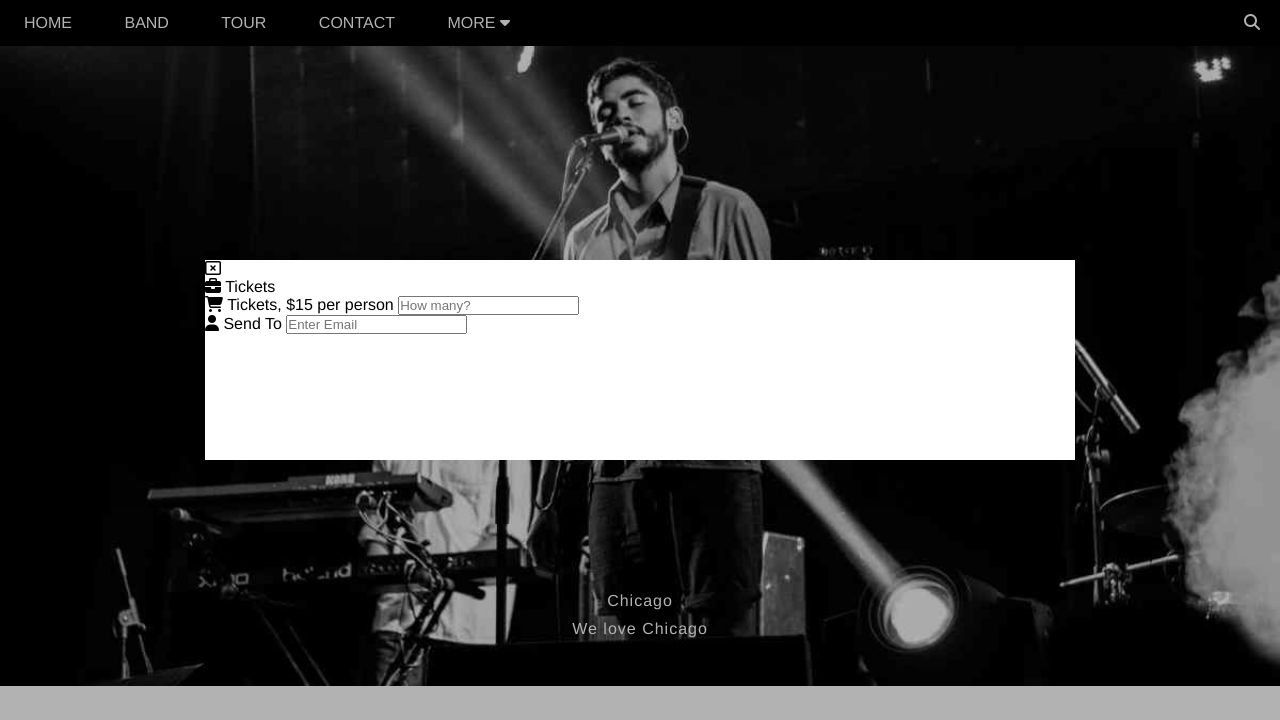
Repository: NguyenMinhChau/Theband
Page: index.html
The author's editor kept a copy of each file at every save. The page is drawn from the files as they stood at one save, then again after the next save.
The browser window is 1280 px wide. The pictures show the window.
A layer covers the whole window, so only the first screen is drawn. Some web libraries are served in a nearby version.

Above is the page before, as saved 2021-10-23 12:50:08.

### index.html
<!DOCTYPE html>
<html lang="en">
<head>
    <meta charset="UTF-8">
    <meta http-equiv="X-UA-Compatible" content="IE=edge">
    <meta name="viewport" content="width=device-width, initial-scale=1.0">
    <title>THE BAND</title>
    <link rel="icon" href="https://www.w3schools.com/w3css/img_la.jpg"/>
    <script src="https://kit.fontawesome.com/a7b0f58175.js" crossorigin="anonymous"></script>
    <link rel="stylesheet" href="./assets/css/style.css">
</head>
<body>
    <div id="main">
        <div id="header">
            <!-- Begin Navigation -->
            <ul id="nav">
                <li><a href="#">Home</a></li>
                <li><a href="#">Band</a></li>
                <li><a href="#">Tour</a></li>
                <li><a href="#">Contact</a></li>
                <li><a href="#">More <i class="fas fa-caret-down"></i></a>
                    <ul class="subnav">
                        <li><a href="#">Merchandise</a></li>
                        <li><a href="#">Extras</a></li>
                        <li><a href="#">Media</a></li>
                    </ul>
                </li>
            </ul>
            <!-- End Navigation -->

            <!-- Begin Search -->
            <div class="icon-search">
                <a href="#"><i class="header-icon-search fas fa-search"></i></a>
            </div>
            <!-- End Search -->
        </div>

        <div id="slider">
            <div class="description">
                <h4>Chicago</h4>
                <p>We love Chicago</p>
            </div>
        </div>

        <div id="content">
            <!-- section: dành cho những phần dùng chung -->
            <!-- ABOUT SECTION -->
            <div class="content-section">
                <h2 class="section-heading">The Band</h2>
                <p class="section-subheading">We love music</p>
                <p class="about-text">We have created a fictional band website. Lorem ipsum dolor sit amet, consectetur adipiscing elit, sed do eiusmod tempor incididunt ut labore et dolore magna aliqua. Ut enim ad minim veniam, quis nostrud exercitation ullamco laboris nisi ut aliquip ex ea commodo consequat. Duis aute irure dolor in reprehenderit in voluptate velit esse cillum dolore eu fugiat nulla pariatur. Excepteur sint occaecat cupidatat non proident, sunt in culpa qui officia deserunt mollit anim id est laborum consectetur adipiscing elit, sed do eiusmod tempor incididunt ut labore et dolore magna aliqua. Ut enim ad minim veniam, quis nostrud exercitation ullamco laboris nisi ut aliquip ex ea commodo consequat.</p>
                <div class="members-list">
                    <div class="member-item">
                        <p class="member-name">Name</p>
                        <img src="./assets/img/about_member01.jpg" alt="" class="member-avata">
                    </div>
                    <div class="member-item">
                        <p class="member-name">Name</p>
                        <img src="./assets/img/about_member01.jpg" alt="" class="member-avata">
                    </div>
                    <div class="member-item">
                        <p class="member-name">Name</p>
                        <img src="./assets/img/about_member01.jpg" alt="" class="member-avata">
                    </div>
                    <div class="clear"></div>
                </div>
            </div>

            <!-- TOUR SECTION -->
            <div class="tour-section">
                <div class="content-section">
                    <h2 class="section-heading text-white">Tours Dates</h2>
                    <p class="section-subheading text-white">Remember to book your tickets!</p>
                    <ul class="tickets-list">
                        <li>September <span class="sold-out">Sold out</span></li>
                        <li>October <span class="sold-out">Sold out</span></li>
                        <li>November <span class="quantity">3</span></li>
                    </ul>
                    <div class="places-list">
                        <div class="place-item">
                            <img src="./assets/img/tour_place01.jpg" alt="New York" class="place-img">
                            <div class="place-body">
                                <h3 class="place-heading">New York</h3>
                                <p class="place-time">Fri 27 Nov 2016</p>
                                <p class="plave-desc">Praesent tincidunt sed tellus ut rutrum sed vitae justo.</p>
                                <a href="#" class="place-buy-btn">Buy Tickets</a>
                            </div>
                        </div>
                        <div class="place-item">
                            <img src="./assets/img/tour_place_02.jpg" alt="New York" class="place-img">
                            <div class="place-body">
                                <h3 class="place-heading">Paris</h3>
                                <p class="place-time">Sat 28 Nov 2016</p>
                                <p class="plave-desc">Praesent tincidunt sed tellus ut rutrum sed vitae justo.</p>
                                <a href="#" class="place-buy-btn">Buy Tickets</a>
                            </div>
                        </div>
                        <div class="place-item">
                            <img src="./assets/img/tour_place_03.jpg" alt="New York" class="place-img">
                            <div class="place-body">
                                <h3 class="place-heading">San Francisco</h3>
                                <p class="place-time">Sun 29 Nov 2016</p>
                                <p class="plave-desc">Praesent tincidunt sed tellus ut rutrum sed vitae justo.</p>
                                <a href="#" class="place-buy-btn">Buy Tickets</a>
                            </div>
                        </div>
                        <div class="clear"></div>
                    </div>
                </div>
            </div>

            <!-- CONTACT SECTION -->
            <div class="content-section">
                <h2 class="section-heading">Contact</h2>
                <p class="section-subheading">Fan? Drop a note!</p>
            </div>
        </div>

        <div id="footer">

        </div>
    </div>
    <!-- BEGIN MODEL -->
    <div class="modal">
        <div class="modal-container">
            <div class="modal-close">
                <i class="far fa-window-close"></i>
            </div>

            <header class="modal-header">
                <i class="fas fa-briefcase"></i> Tickets
            </header>

            <div class="modal-body">
                <div class="form-group">
                    <label for="" class="modal-label">
                        <i class="fas fa-shopping-cart"></i>
                        Tickets, $15 per person
                    </label>
                    <input type="text" class="modal-input" placeholder="How many?">
                </div>
                <div class="form-group">
                    <label for="" class="modal-label">
                        <i class="fas fa-user"></i>
                        Send To
                    </label>
                    <input type="email" class="modal-input" placeholder="Enter Email">
                </div>
            </div>
        </div>
    </div>
    <!-- END MODAL -->
    <script src="assets/js/main.js"></script>
</body>
</html>

### assets/css/style.css
:root{
    --header-height: 46px;
}
*{
    box-sizing: border-box;
    margin: 0;
    padding: 0;
}

html{
    font-family: Helvetica, Arial, sans-serif;
}

.clear{
    clear: both;
}

.text-white{
    color: #fff !important;
}

/* BEGIN CSS HEADER */
#header{
    height: var(--header-height);
    background-color: #000;
    position: fixed;
    top: 0;
    left: 0;
    right: 0;
}

#nav{
    display: inline-block;
}

#nav,
#subnav{
    list-style-type: none;
}

#nav li{
    display: inline-block;
    position: relative;
}

#nav > li > a{
    color: #fff;
    text-transform: uppercase;
}

#nav li a {
    text-decoration: none;
    line-height: var(--header-height);
    padding: 0 24px;

    display: block;
}

#nav > li:hover > a,
#nav .subnav li:hover a {
    color: #000;
    background-color: #ccc;
}

#nav > li:hover .subnav{
    display: block;
}

#nav .subnav{
    display: none;
    position: absolute;
    background-color: #fff;
    box-shadow: 0 0 10px rgba(0,0,0,0.3);
    color: #000;
    top: 100%;
    left: 0;
}

#nav .subnav li a{
    color: #000;
    padding: 0 12px;
    line-height: 38px;
    min-width: 160px;
}

#nav .subnav li{
    display: block;
}

#header .icon-search{
    /* position: absolute;
    top: 0;
    right: 0; */
    float: right;
    line-height: var(--header-height);
    padding: 0 20px;
}

#header .icon-search a{
    text-decoration: none;
}

#header .icon-search:hover{
    background-color: rgb(255, 39, 39);
    cursor: pointer;
}

#header .icon-search .header-icon-search{
    color: #fff;
}
/* END CSS HEADER */


/* BEGIN CSS SLIDER */
#slider{
    position: relative;
    margin-top: var(--header-height);
    /* Kỹ thuật tạo ảnh không bị méo khi thay đổi kích thước */
    padding-top: 50%; /* % là theo chiều ngang của chính nó*/

    /* Khi dùng padding như trên -> ta dùng bg-image để tạo ảnh vì có thể đổ ảnh từ padding */
    background: url('../img/slider_band_chicago.jpg') no-repeat center / cover;
    z-index: -1;
}

#slider .description{
    position: absolute;
    bottom: 0;
    left: 50%;
    transform: translateX(-50%);

    color: #fff;
    text-align: center;
    margin-bottom: 48px;
    letter-spacing: 1px;
}

#slider .description h4,
#slider .description p{
    text-shadow: 0 0 10 rgba(0,0,0,0.5);
}

#slider .description h4{
    font-weight: 540;
    padding: 10px 0;
}
/* END CSS SLIDER */

/* BEGIN CSS CONTENT */
/* CSS ABOUT */
#content .content-section{
    width: 800px;
    margin: auto;
    padding: 64px 0;
}

#content .section-heading,
#content .section-subheading{
    text-align: center;
}

#content .section-heading{
    font-size: 30px;
    font-weight: 500;
    text-transform: uppercase;
    letter-spacing: 4px;
}

#content .section-subheading{
    font-size: 15px;
    font-style: italic;
    margin: 25px 0;
    opacity: 0.7;
}

#content .about-text{
    text-align: justify;
    font-size: 15px;
    line-height: 1.4;
}

#content .members-list{
    margin-top: 48px;
}

#content .member-item{
    float: left;
    text-align: center;
    width: calc(100% / 3);
}

#content .member-name{
    font-size: 15px;
}

#content .member-avata{
    margin-top: 15px;
    width: 154px;
    border-radius: 5px;
}

/* CSS TOUR */
#content .tour-section{
    background-color: #000;
}

#content .tickets-list{
    background-color: #fff;
    margin: 40px 0;
    list-style: none;
}

#content .tickets-list li{
    font-size: 15px;
    padding: 12px 16px;
    border-bottom: 1px solid #ddd;
    color: #757575;
}

#content .tickets-list .sold-out{
    background-color: #f44336;
    color: #fff;
    padding: 3px 4px;
    margin-left: 16px;
}

#content .tickets-list .quantity{
    float: right;
    background-color: #000;
    border-radius: 50%;
    width: 24px;
    height: 24px;
    color: #fff;
    text-align: center;
    line-height: 24px;
    margin-top: -3px;
}

#content .tour-section .places-list{
    margin: 0 -8px 48px;
}

#content .place-item{
    float: left;
    width: calc(100% / 3);
    padding: 0 8px;
}

#content .place-img{
    width: 100%;
    display: block;
}

#content .place-img:hover{
    opacity: 0.7;
}

#content .place-body{
    background-color: #fff;
    padding: 16px;
    font-size: 15px;
}

#content .place-heading{
    font-weight: 550;
}

#content .place-time{
    margin: 15px 0;
    color: #757575;
}

#content .plave-desc{
    line-height: 1.4;
}

#content .place-buy-btn{
    text-decoration: none;
    background-color: #000;
    color: #fff;
    padding: 11px 16px;
    /* Khắc phục tình trạng button che thẻ description */
    display: inline-block;
    margin-top: 15px;
}

#content .place-buy-btn:hover{
    background-color: #ccc;
    color: #000;
}
/* END CSS CONTENT */


#footer{

}

/* BEGIN CSS MODAL */
.modal{
    position: fixed;
    top: 0;
    bottom: 0;
    right: 0;
    left: 0;
    background: rgba(0,0,0,0.3);
    display: flex;
    align-items: center;
    justify-content: center;
}

.modal-container{
    background-color: #fff;
    width: calc(900px - 30px);
    min-height: 200px;
}

.modal-close{

}

.modal-header{

}

.modal-body{

}

.modal-label{

}

.modal-input{

}
/* END CSS MODAL */

Loaded but not shown: assets/js/main.js (no stored copy; drawn as an empty file)

After the next save:
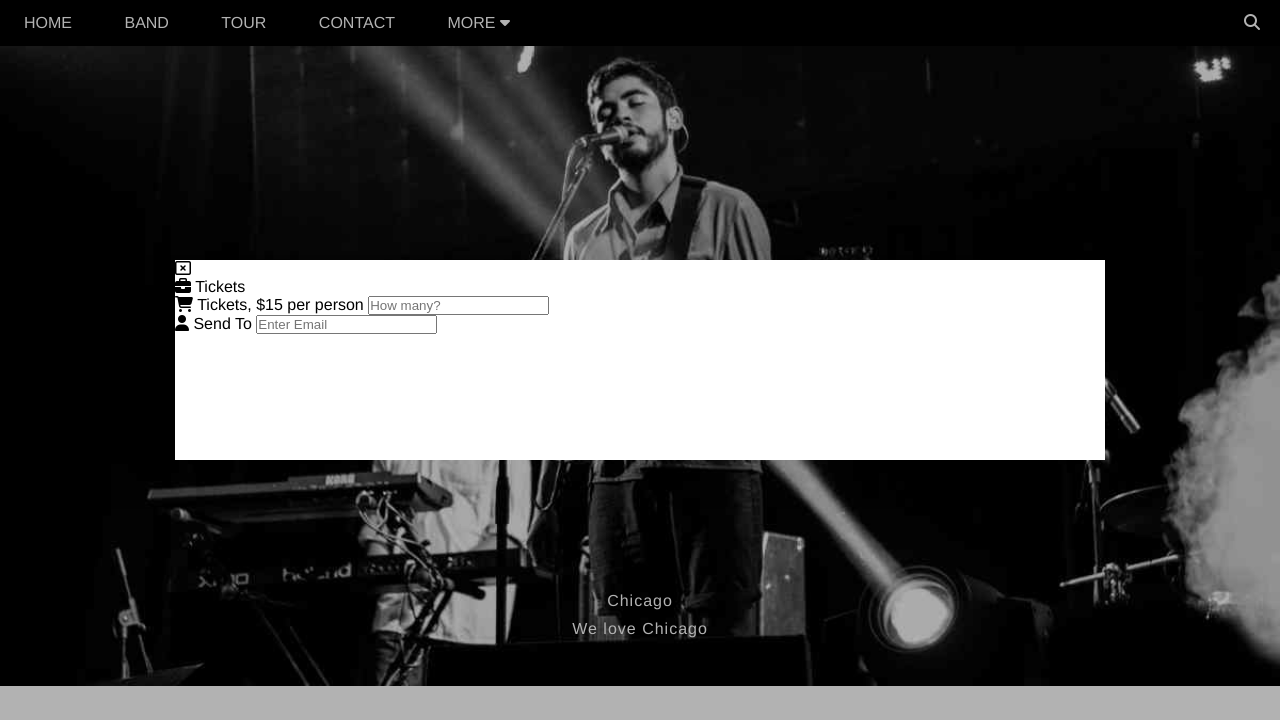
Saved 8 s later.
--- a/assets/css/style.css
+++ b/assets/css/style.css
@@ -310,7 +310,7 @@
 
 .modal-container{
     background-color: #fff;
-    width: calc(900px - 30px);
+    width: calc(900px + 30px);
     min-height: 200px;
 }
 

After the save that followed:
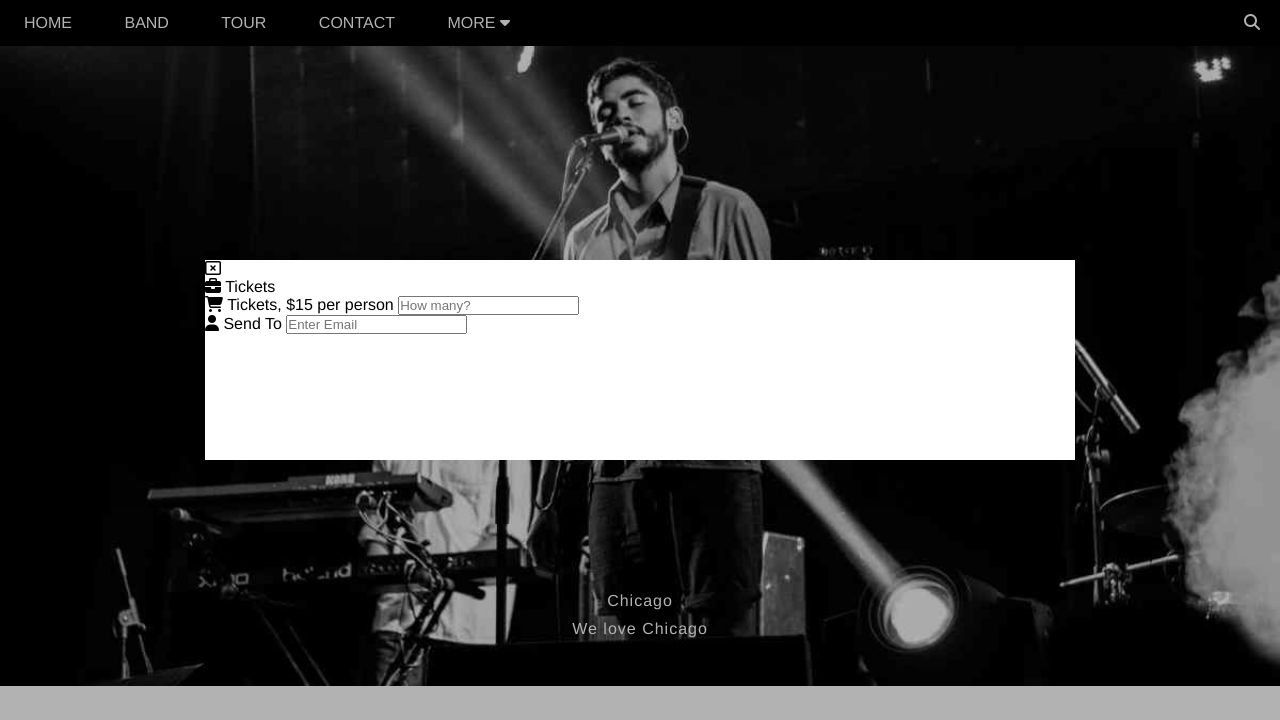
Saved 4 s later.
--- a/assets/css/style.css
+++ b/assets/css/style.css
@@ -310,7 +310,7 @@
 
 .modal-container{
     background-color: #fff;
-    width: calc(900px + 30px);
+    width: calc(900px - 30px);
     min-height: 200px;
 }
 
